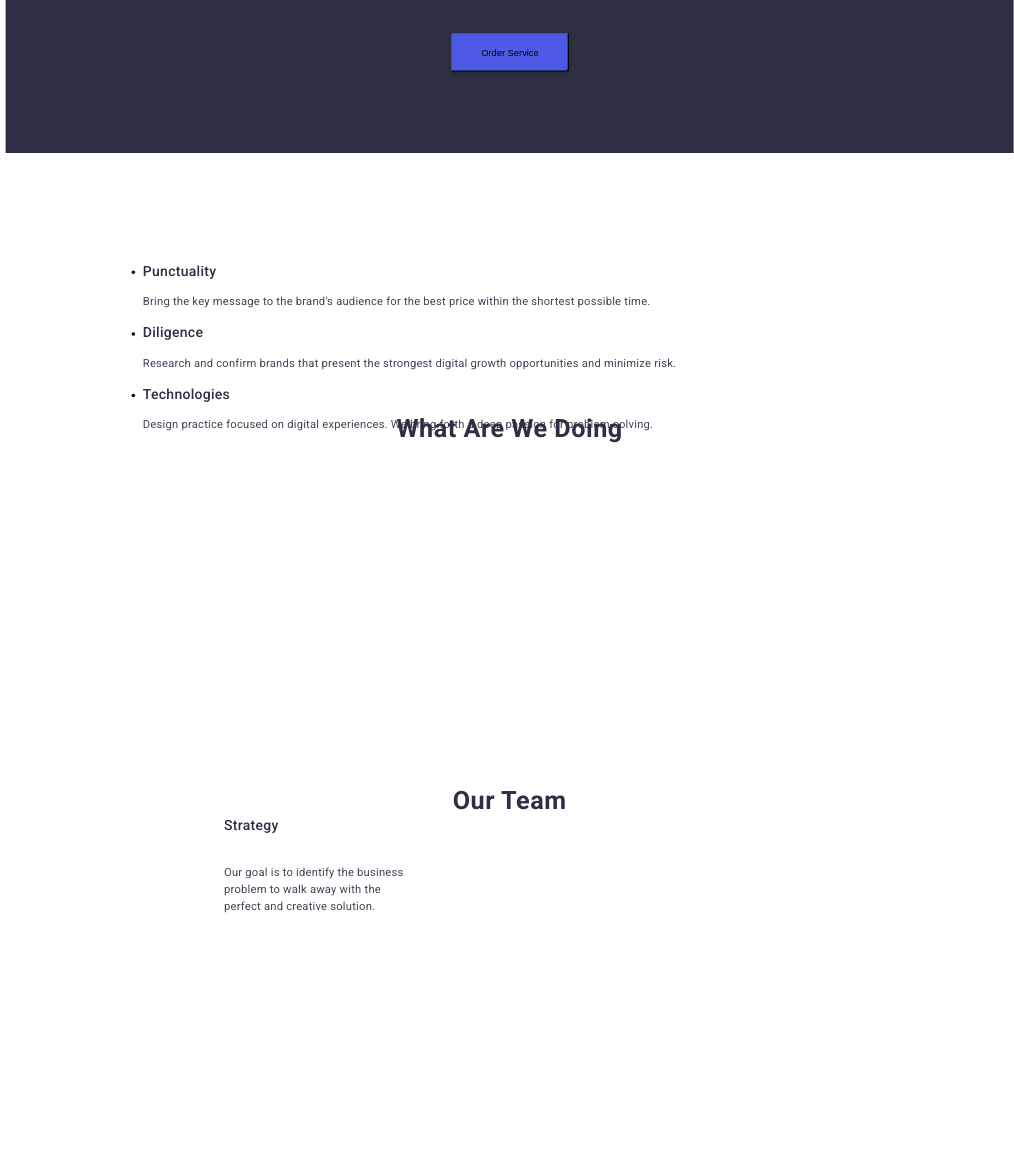
Repository: GrishchenkoNataliya/goit-markup-hw-02
Page: index.html
The author's editor kept a copy of each file at every save. The page is drawn from the files as they stood at one save, then again after the next save.
The browser window is 1280 px wide. The page is 1448 px wide, so the pictures cover 1448 px, including what lies to the right of the window. The pictures show the part of the page from y = 462 to 2142 px (the page is 4796 px tall), at 70% of full size.

Above is the page before, as saved 2023-03-06 22:33:01.

### index.html
<!DOCTYPE html>
<html lang="en">
  <head>
    <meta charset="UTF-8" />
    <meta http-equiv="X-UA-Compatible" content="IE=edge" />
    <meta name="viewport" content="width=device-width, initial-scale=1.0" />

    <link rel="preconnect" href="https://fonts.googleapis.com" />
    <link rel="preconnect" href="https://fonts.gstatic.com" crossorigin />
    <link
      href="https://fonts.googleapis.com/css2?family=Raleway:wght@800&family=Roboto+Mono:wght@600&family=Roboto:wght@400;500;700&display=swap"
      rel="stylesheet"
    />
    <link rel="stylesheet" href="./css/styles.css" />
    <title>homework_2</title>
  </head>
  <body class="body">
    <header class="header">
      <a class="header-logo" href="./index.html"
        >Web<span class="studio">Studio </span></a
      >
      <nav class="header-nav">
        <ul class="header-list">
          <li class="header-item">
            <a
              class="header-link"
              href=""
              target="_blank"
              rel="noopener noreferrer nofollow"
              >Studio</a
            >
          </li>
          <li class="header-item-portfolio">
            <a
              class="header-link"
              href="./portfolio/portfolio.html"
              target="_blank"
              rel="noopener noreferrer nofollow"
              >Portfolio</a
            >
          </li>
          <li class="header-item">
            <a
              class="header-link"
              href=""
              target="_blank"
              rel="noopener noreferrer nofollow"
              >Contacts</a
            >
          </li>
        </ul>
      </nav>
      <address class="address">
        <ul class="address-list">
          <li class="address-mail">
            <a href="mailto:info@devstudio.com">info@devstudio.com</a>
          </li>
          <li class="address-tel">
            <a href="tel:+110001111111">+11 (000) 111-11-11</a>
          </li>
        </ul>
      </address>
    </header>
    <main class="main">
      <section class="hero">
        <h1 class="hero-title">Effective Solutions for Your Business</h1>
        <button class="hero-btn" type="button">Order Service</button>
        <!-- Dark-bg -->
      </section>

      <section class="feature1">
        <h2 hidden>Большой заголовок</h2>
        <ul class="feature1-list">
          <li class="feature1-item1">
            <h3 class="feature1-title">Strategy</h3>
            <p class="feature1-text">
              Our goal is to identify the business problem to walk away with the
              perfect and creative solution.
            </p>
          </li>
          <li class="feature1-item2">
            <h3 class="feature1-title">Punctuality</h3>
            <p class="feature1-text">
              Bring the key message to the brand's audience for the best price
              within the shortest possible time.
            </p>
          </li>
          <li class="feature1-item3">
            <h3 class="feature1-title">Diligence</h3>
            <p class="feature1-text">
              Research and confirm brands that present the strongest digital
              growth opportunities and minimize risk.
            </p>
          </li>
          <li class="feature1-item4">
            <h3 class="feature1-title">Technologies</h3>
            <p class="feature1-text">
              Design practice focused on digital experiences. We bring forth a
              deep passion for problem-solving.
            </p>
          </li>
        </ul>
      </section>

      <section class="feature2">
        <h2 class="feature2-title">What are we doing</h2>
        <ul class="feature2-list">
          <li class="feature2-item-1">
            <img
              src="./images/pages1/Rectangle71-1.jpg"
              alt="Rectangle 71-1"
              width="360"
            />
          </li>
          <li class="feature2-item-2">
            <img
              src="./images/pages1/Rectangle71-2.jpg"
              alt="Rectangle 71-2"
              width="360"
            />
          </li>
          <li class="feature2-item-3">
            <img
              src="./images/pages1/Rectangle71-3.jpg"
              alt="Rectangle 71-3"
              width="360"
            />
          </li>
        </ul>
      </section>

      <section class="feature3">
        <h2 class="feature3-title-h2">Our Team</h2>
        <ul class="feature3-list">
          <li class="feature3-item1">
            <img
              src="./images/pages1/img1.jpg"
              alt="Mark Guerrero"
              width="264"
              height="260"
            />
            <h3 class="feature3-title">Mark Guerrero</h3>
            <p class="feature3-subtitle">Product Designer</p>
          </li>
          <li class="feature3-item2">
            <img
              src="./images/pages1/img2.jpg"
              alt="Tom Ford"
              width="264"
              height="260"
            />
            <h3 class="feature3-title">Tom Ford</h3>
            <p class="feature3-subtitle">Frontend Developer</p>
          </li>
          <li class="feature3-item3">
            <img
              src="./images/pages1/img3.jpg"
              alt="Camila Garcia"
              width="264"
              height="260"
            />
            <h3 class="feature3-title">Camila Garcia</h3>
            <p class="feature3-subtitle">Marketing</p>
          </li>
          <li class="feature3-item4">
            <img
              src="./images/pages1/img4.jpg"
              alt="Daniel Wilson"
              width="264"
              height="260"
            />
            <h3 class="feature3-title">Daniel Wilson</h3>
            <p class="feature3-subtitle">UI Designer</p>
          </li>
        </ul>
      </section>
    </main>
    <footer class="footer">
      <a class="header-logo" href="./index.html"
        >Web<span class="studio">Studio </span></a
      >

      <p class="footer-text">
        Increase the flow of customers and sales for your business with digital
        marketing & growth solutions.
      </p>
      <!-- Dark-bg -->
    </footer>
  </body>
</html>

### css/styles.css
body {
  font-family: "Roboto Regular", sans-serif;
  font-family: open-;
  position: relative;
  width: 1440px;
  height: 2592px;

  background: #ffffff;
}
/* @font-face {
  font-family: Roboto-500;
  src: url(../fonts/);
}
Підключення шрифта з папки fonts */

.header {
  position: absolute;
  width: 1440px;
  height: 72px;
  left: 0px;
  top: 0px;
}

.header-logo {
  font-family: "Raleway";
  font-style: normal;
  font-weight: 800;
  font-size: 18px;
  line-height: 1.33;

  display: flex;
  align-items: center;
  letter-spacing: 0.03em;
  text-transform: uppercase;

  color: #4d5ae5;
}
.header-nav {
}

.studio {
  color: black;
}
.header-list {
  font-family: "Roboto";
  font-style: normal;
  font-weight: 500;
  font-size: 16px;
  line-height: 1.5;
  letter-spacing: 0.02em;
  color: #2e2f42;
}

.address {
}
.address-list {
  font-family: "Roboto";
  font-style: normal;
  font-weight: 400;
  font-size: 16px;
  line-height: 1.5;
  letter-spacing: 0.02em;
  color: #434455;
}
.address-mail {
}
.address-tel {
}
.main {
}
/* section hero */
.hero {
  position: absolute;
  width: 1440px;
  height: 600px;
  left: 0px;
  top: 72px;
  background: #2e2f42;
}
.hero-title {
  font-family: "Roboto";
  font-style: normal;
  font-weight: 700;
  font-size: 56px;
  line-height: 1.07;
  text-align: center;
  letter-spacing: 0.02em;
  color: #ffffff;
}
.hero-btn {
  position: absolute;
  width: 169px;
  height: 56px;
  left: 636px;
  top: 428px;
  background: #4d5ae5;
  box-shadow: 0px 4px 4px rgba(0, 0, 0, 0.15);
  border-radius: 4px;
}
/* section 1 */
.feature1 {
}
.feature1-list {
  position: absolute;
  width: 1128px;
  height: 104px;
  left: 156px;
  top: 792px;
}
.feature1-item1 {
  display: flex;
  flex-direction: column;
  align-items: flex-start;
  padding: 0px;
  gap: 8px;

  position: absolute;
  width: 264px;
  height: 104px;
  left: 156px;
  top: 792px;
}
.feature1-item2 {
}
.feature1-item3 {
}
.feature1-item4 {
}
.feature1-title {
  font-family: "Roboto";
  font-style: normal;
  font-weight: 500;
  font-size: 20px;
  line-height: 1.2;
  letter-spacing: 0.02em;
  color: #2e2f42;
}
.feature1-text {
  font-family: "Roboto";
  font-style: normal;
  font-weight: 400;
  font-size: 16px;
  line-height: 1.5;
  letter-spacing: 0.02em;
  color: #434455;
}
/* section 2 */
.feature2 {
  position: absolute;
  width: 1128px;
  height: 412px;
  left: 156px;
  top: 1016px;
}
.feature2-title {
  font-family: "Roboto";
  font-style: normal;
  font-weight: 700;
  font-size: 36px;
  line-height: 1.1;
  text-align: center;
  letter-spacing: 0.02em;
  text-transform: capitalize;
  color: #2e2f42;
}
.feature2-list {
}
.feature2-item-1 {
  display: flex;
  flex-direction: column;
  align-items: flex-start;
  padding: 0px;

  position: absolute;
  width: 360px;
  height: 300px;
  left: 156px;
  top: 1128px;
}
.feature2-item-2 {
  display: flex;
  flex-direction: column;
  align-items: flex-start;
  padding: 0px;

  position: absolute;
  width: 360px;
  height: 300px;
  left: 540px;
  top: 1128px;
}
.feature2-item-3 {
  display: flex;
  flex-direction: column;
  align-items: flex-start;
  padding: 0px;

  position: absolute;
  width: 360px;
  height: 300px;
  left: 924px;
  top: 1128px;
}
/* section 3 */
.feature3 {
  position: absolute;
  width: 1440px;
  height: 732px;
  left: 0px;
  top: 1548px;
}
.feature3-title-h2 {
  font-family: "Roboto";
  font-style: normal;
  font-weight: 700;
  font-size: 36px;
  line-height: 1.1;
  text-align: center;
  letter-spacing: 0.02em;
  text-transform: capitalize;
  color: #2e2f42;
}
.feature3-list {
}
.feature3-item1 {
  display: flex;
  flex-direction: column;
  justify-content: center;
  align-items: center;
  padding: 0px 0px 32px;
  gap: 32px;

  position: absolute;
  width: 264px;
  height: 380px;
  left: 156px;
  top: 1780px;
}
.feature3-item2 {
  display: flex;
  flex-direction: column;
  justify-content: center;
  align-items: center;
  padding: 0px 0px 32px;
  gap: 32px;

  position: absolute;
  width: 264px;
  height: 380px;
  left: 444px;
  top: 1780px;
}
.feature3-item3 {
  display: flex;
  flex-direction: column;
  justify-content: center;
  align-items: center;
  padding: 0px 0px 32px;
  gap: 32px;

  position: absolute;
  width: 264px;
  height: 380px;
  left: 732px;
  top: 1780px;
}
.feature3-item4 {
  display: flex;
  flex-direction: column;
  justify-content: center;
  align-items: center;
  padding: 0px 0px 32px;
  gap: 32px;

  position: absolute;
  width: 264px;
  height: 380px;
  left: 1020px;
  top: 1780px;
}
.feature3-title {
  font-family: "Roboto";
  font-style: normal;
  font-weight: 500;
  font-size: 20px;
  line-height: 1.2;
  text-align: center;
  letter-spacing: 0.02em;
  color: #2e2f42;
}
.feature3-subtitle {
  font-family: "Roboto";
  font-style: normal;
  font-weight: 400;
  font-size: 16px;
  line-height: 1.2;
  text-align: center;
  letter-spacing: 0.02em;
  color: #434455;
}
.footer {
  /* position: absolute;
  width: 1440px;
  height: 312px;
  left: 0px;
  top: 2280px; */

  /* display: flex;
flex-direction: row;
align-items: center;
padding: 0px;

position: absolute;
width: 115px;
height: 24px;
left: 156px;
top: 2380px; */

  position: absolute;
  width: 1440px;
  height: 312px;
  left: 0px;
  top: 2280px;
  background: #2e2f42;
}
.footer-text {
  position: absolute;
  width: 264px;
  height: 72px;
  left: 156px;
  top: 2420px;
  font-family: "Roboto";
  font-style: normal;
  font-weight: 400;
  font-size: 16px;
  line-height: 1.2;
  letter-spacing: 0.02em;
  color: #f4f4fd;
}

After the next save:
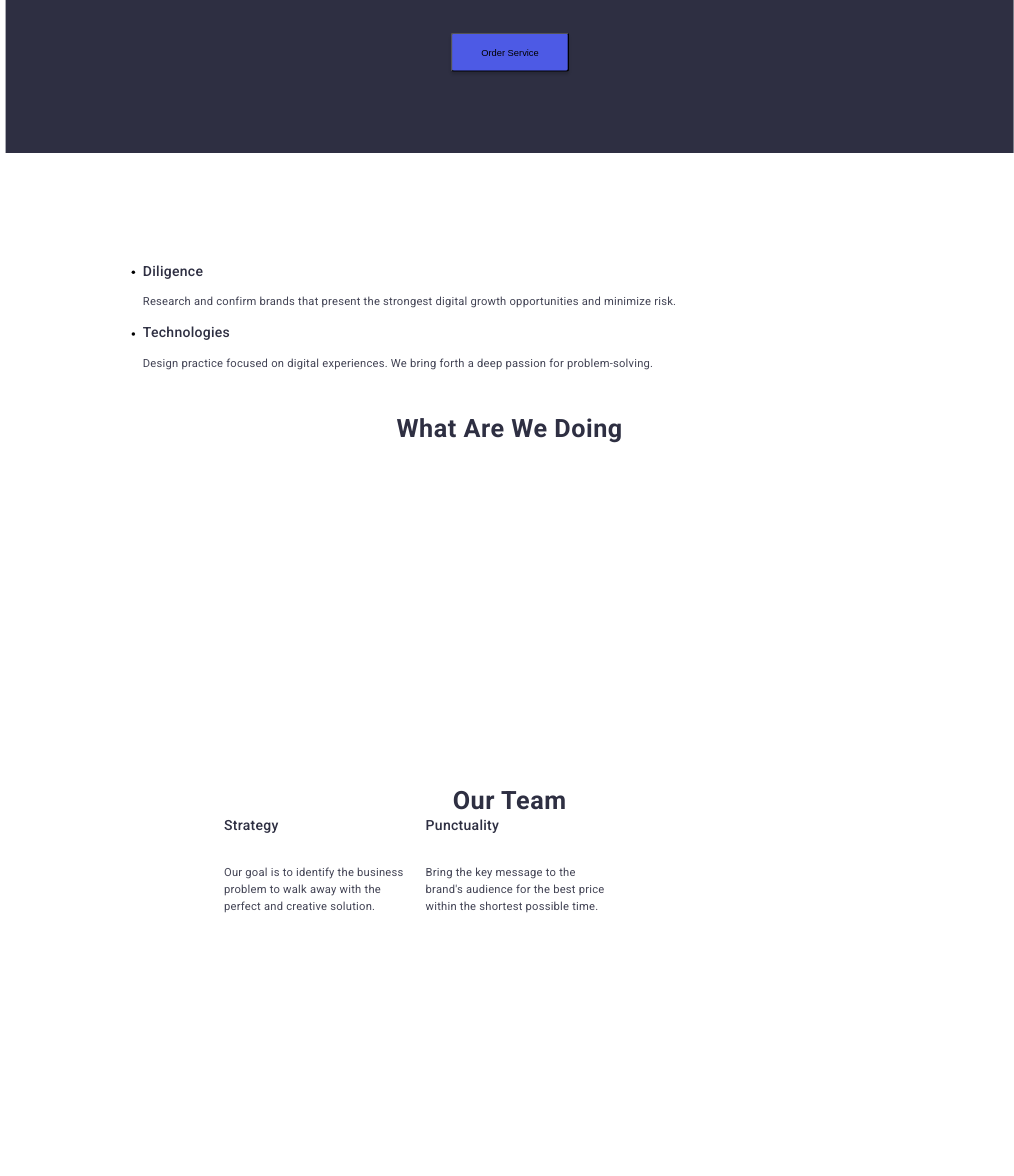
Saved 48 s later.
--- a/css/styles.css
+++ b/css/styles.css
@@ -121,6 +121,17 @@ body {
   top: 792px;
 }
 .feature1-item2 {
+  display: flex;
+  flex-direction: column;
+  align-items: flex-start;
+  padding: 0px;
+  gap: 8px;
+
+  position: absolute;
+  width: 264px;
+  height: 104px;
+  left: 444px;
+  top: 792px;
 }
 .feature1-item3 {
 }
